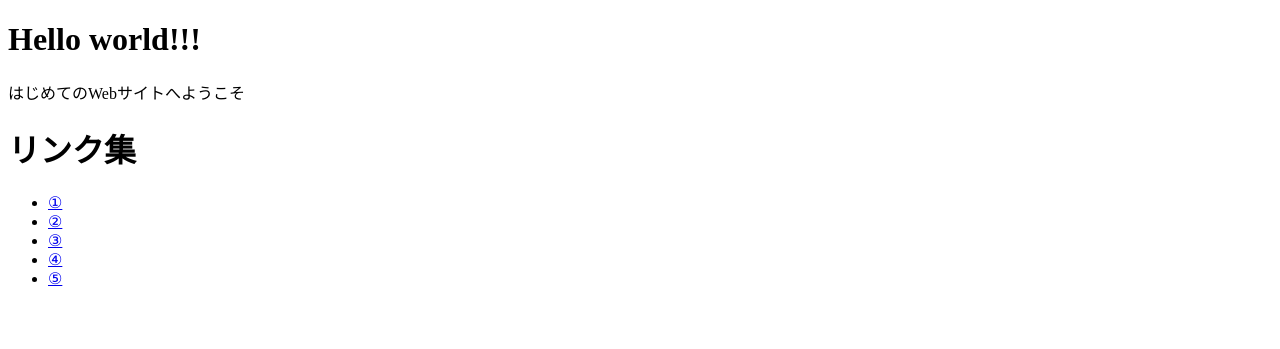
Repository: kai-hosoi/techboost
Page: html/index.html
The author's editor kept a record of every edit. The page is drawn from the files as they stood at one moment, then again after the next edit.
The browser window is 1280 px wide. The pictures show the whole page.

Above is the page before.

After the next edit:
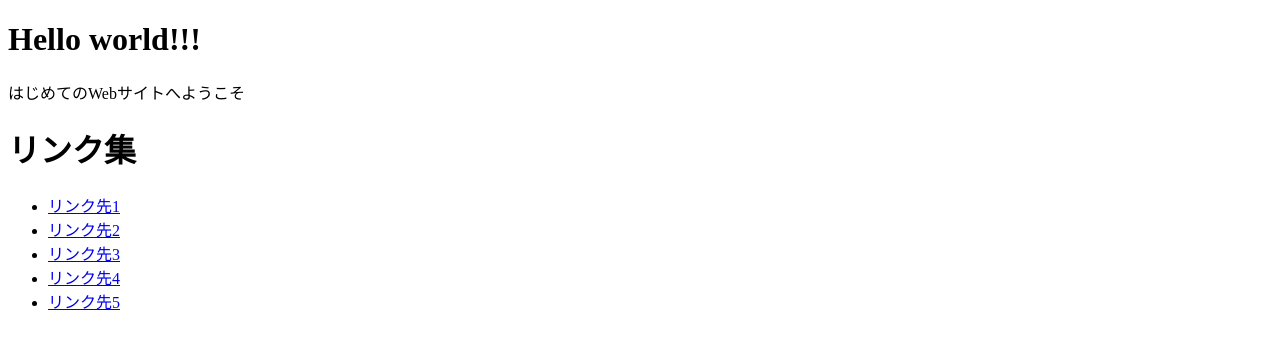
The edit:
--- a/html/index.html
+++ b/html/index.html
@@ -9,11 +9,11 @@
     <p>はじめてのWebサイトへようこそ</p>
     <h1>リンク集</h1>
     <ul>
-      <li><a href=#>①</a></li>
-      <li><a href=#>②</a></li>
-      <li><a href=#>③</a></li>
-      <li><a href=#>④</a></li>
-      <li><a href=#>⑤</a></li>
+      <li><a href=#>リンク先1</a></li>
+      <li><a href=#>リンク先2</a></li>
+      <li><a href=#>リンク先3</a></li>
+      <li><a href=#>リンク先4</a></li>
+      <li><a href=#>リンク先5</a></li>
     </ul>
   </body>
 </html>
